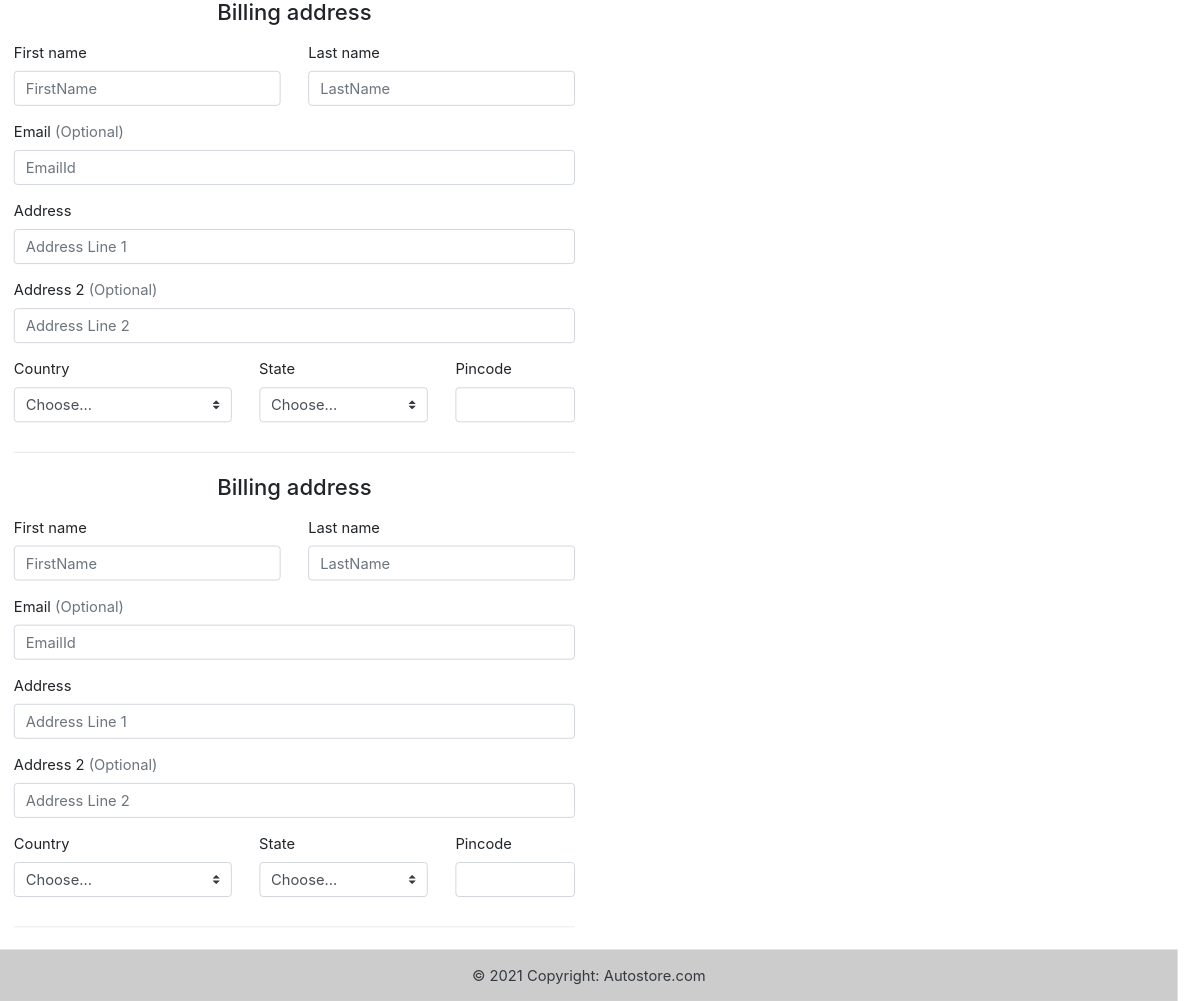
Repository: pravinsakthivel/ecommerce
Page: /checkout
These files come from the project's save history. The page is drawn as it stood at one moment and after the next save; the edit follows.
The browser window is 1280 px wide. The page is 1295 px wide, so the pictures cover 1295 px, including what lies to the right of the window. The pictures show the whole page, at 92% of full size.
The project was rebuilt for these pictures with package versions that can differ from the ones it lists, and the page was loaded fresh each time. Also part of the build but not shown: src/components/UI/BaseButton.vue, src/components/ProductItem.vue, src/components/UI/ShoppingCartIcon.vue, src/components/UI/NavigationBar.vue, src/components/UI/SearchBar.vue, src/components/ProductDescriptionModal.vue, src/components/ProductList.vue, src/components/CartList.vue and 5 more.

Above is the page before, as saved 2021-04-10 22:20:13.

After the next save:
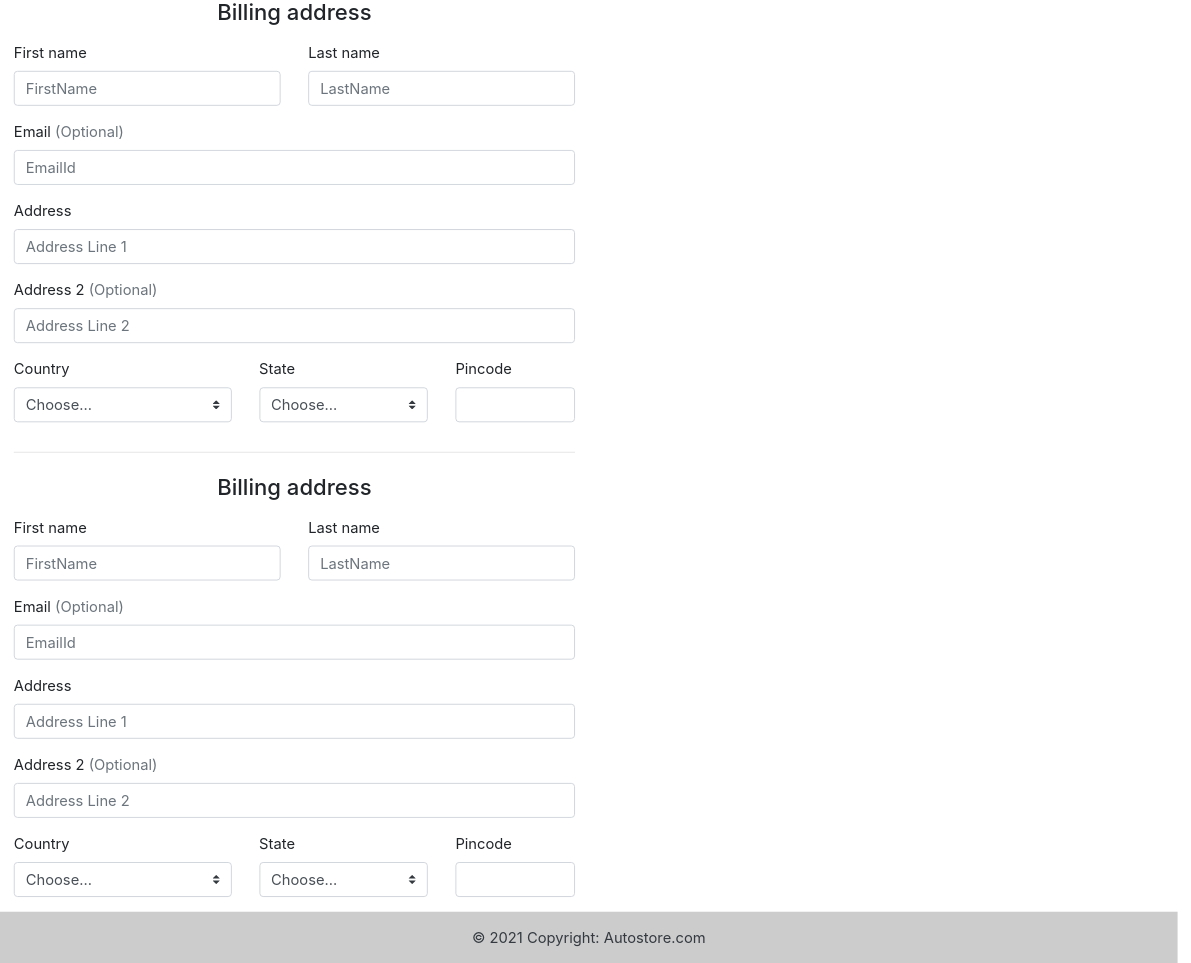
Saved 11 s later.
--- a/src/components/CheckoutPage.vue
+++ b/src/components/CheckoutPage.vue
@@ -181,7 +181,6 @@
             />
           </div>
         </div>
-        <hr class="mb-4" />
       </form>
 
     </div>
